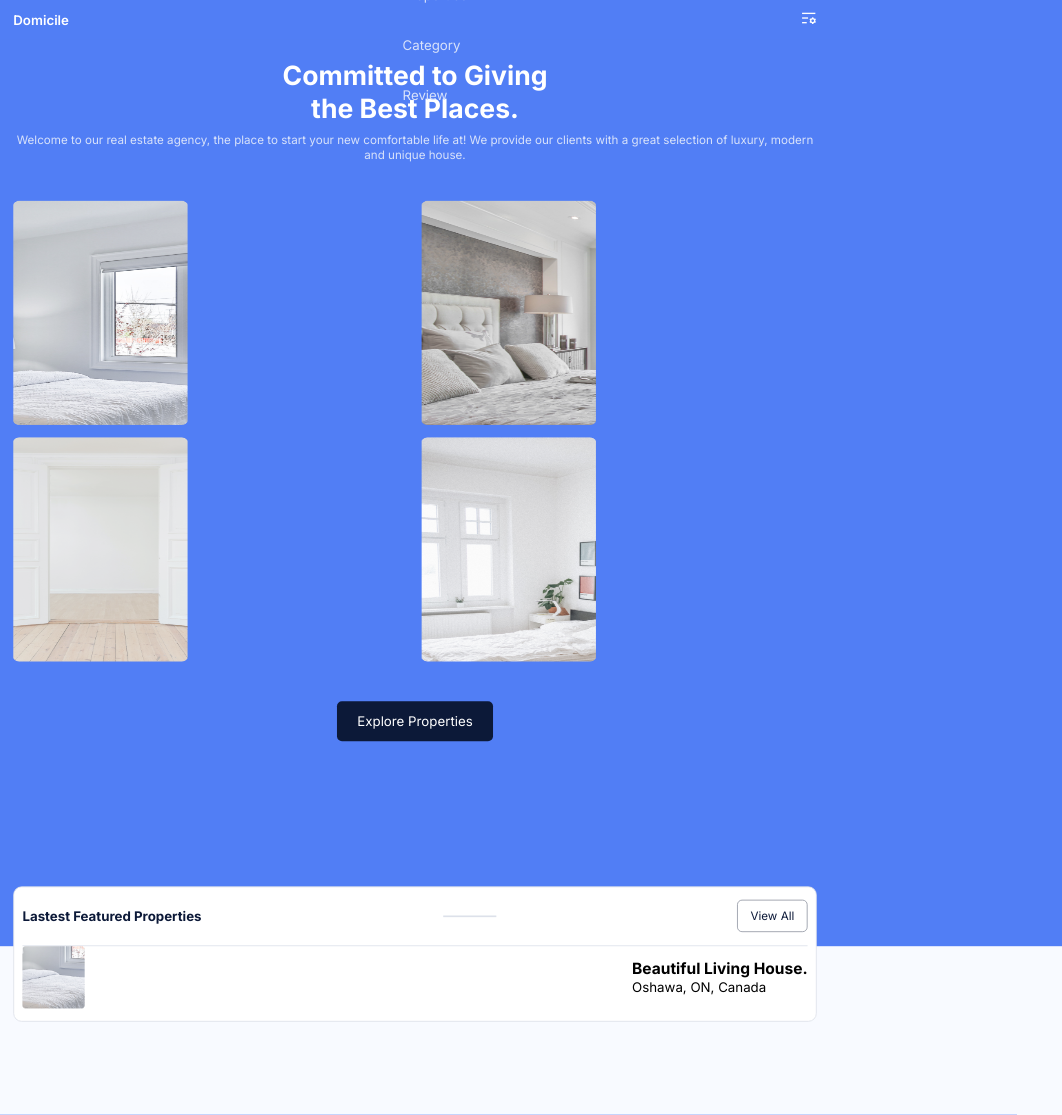
Repository: haokiet2501/domicile-real-estate
Page: index.html
The author's editor kept a copy of each file at every save. The page is drawn from the files as they stood at one save, then again after the next save.
The browser window is 1280 px wide. The pictures show the whole page, at 83% of full size.
The style sheet was rebuilt from its Sass, Less or Tailwind sources for each picture, by a compiler version that may differ from the author's.

Above is the page before, as saved 2022-06-11 16:07:59.

### index.html
<!DOCTYPE html>
<html lang="en">
<head>
    <meta charset="UTF-8">
    <meta http-equiv="X-UA-Compatible" content="IE=edge">
    <meta name="viewport" content="width=device-width, initial-scale=1.0">
    <link href="https://cdn.jsdelivr.net/npm/remixicon@2.5.0/fonts/remixicon.css" rel="stylesheet">
    <link rel="stylesheet" href="sass/css/styles.css">
    <title>Real Estate Website - Domicile</title>
</head>
<body>
    <header class="header" id="header">
        <nav class="nav container">
            <a href="#" class="nav__logo">Domicile</a>

            <div class="nav__menu" id="nav-menu">
                <ul class="nav__list">
                    <li class="nav__item">
                        <a href="#" class="nav__link active-link">Home</a>
                    </li>
                    <li class="nav__item">
                        <a href="#" class="nav__link">Properties</a>
                    </li>
                    <li class="nav__item">
                        <a href="#" class="nav__link">Category</a>
                    </li>
                    <li class="nav__item">
                        <a href="#" class="nav__link">Review</a>
                    </li>
                </ul>

                <i class="ri-close-line nav__close" id="nav-close"></i>
            </div>

            <div class="nav__toggle" id="nav-toggle">
                <i class="ri-list-settings-line"></i>
            </div>
        </nav>
    </header>

    <main class="main">
        <section class="home section" id="home">
            <div class="home__container container grid">
                <div class="home__data">
                    <h1 class="home__data-subtitle">
                        Committed to Giving<br>the Best Places.
                    </h1>
                    <p class="home__data-title">
                        Welcome to our real estate agency, the place to start your new comfortable life at! We provide our clients with a great selection of luxury, modern and unique house.
                    </p>
                </div>

                <div class="home__images">
                    <img src="imgs/hero-one.png" alt="">
                    <img src="imgs/hero-two.png" alt="">
                    <img src="imgs/hero-three.png" alt="">
                    <img src="imgs/hero-four.png" alt="">
                </div>

                <div class="home__button">
                    <a href="#" class="button">Explore Properties</a>
                </div>
            </div>
        </section>

        <section class="futured" id="futured">
            <div class="futured__container container">
                <div class="futured__properties">
                    <div class="futured__properties-content">
                        Lastest Featured Properties
                    </div>
                    <div class="futured__properties-line"></div>
                    <div class="futured__properties-button">View All</div>
                </div>

                <div class="futured__card">
                    <img class="futured__card-img" src="imgs/future.png" alt="">
                    <div class="futured__card-layouts">
                        <div class="futured__card-text">
                            <h3>Beautiful Living House.</h3>
                            <p>Oshawa, ON, Canada</p>
                        </div>
                        <div class="futured__card-price">

                        </div>
                    </div>
                </div>
            </div>
        </section>
    </main>
    <script src="app.js"></script>
</body>
</html>

### app.js
// Show Menu
const navMenu = document.getElementById('nav-menu'),
    navToggle = document.getElementById('nav-toggle'),
    navClose = document.getElementById('nav-close');

if (navToggle) {
    navToggle.addEventListener('click', () => {
        navMenu.classList.add('show-menu');
    });
}

if(navClose) {
    navClose.addEventListener('click', () => {
        navMenu.classList.remove('show-menu');
    })
}

### sass/styles.scss
@import './base/base';
@import './main/main';

### sass/base/_base.scss
@import url('https://fonts.googleapis.com/css2?family=Inter:wght@400;500;600;700;800;900&display=swap');

* {
    margin: 0;
    padding: 0;
    box-sizing: border-box;
}

html {
    scroll-behavior: smooth;
}

body {
    font-family: 'Inter', sans-serif;
    font-style: normal;
    background: var(--color-main);
}

ul {
    list-style: none;
}

a {
    text-decoration: none;
}

img {
    max-width: 100%;
    height: auto;
}

button, input {
    border: none;
    outline: none;
}

:root {
    --header-height: 3rem;

    --color-main: #F8FAFF;
    --color-bg-header: #517EF5;
    --white-color: #FFFFFF;
    --color-nav: #D8E2FA;
    --color-footer: #0E1935;
    --color-btn: #0C1938;

    --biggest-font-size: 2.5rem;
    --medium-font-size: 2rem;
    --h1-font-size: 1.5rem;
    --h2-font-size: 1.25rem;
    --h3-font-size: 1rem;
    --normal-font-size: 0.938rem;
    --small-font-size: 0.813rem;
    --smaller-font-size: 0.75rem;

    --font-smaller: 400;
    --font-medium: 500;
    --font-semi-bold: 600;
    --font-semi-big: 700;

     /* Margin Bottom */
    --mb-0-25: 0.25rem;
    --mb-0-5: 0.5rem;
    --mb-0-75: 0.75rem;
    --mb-1: 1rem;
    --mb-1-25: 1.25rem;
    --mb-1-5: 1.5rem;
    --mb-2: 2rem;
    --mb-2-5: 2.5rem;

    --scale-hover: scale(.98);
}

@media screen and (min-width: 968px) {
    :root {
        --biggest-font-size: 4rem;
        --h1-font-size: 2.25rem;
        --h2-font-size: 1.75rem;
        --h3-font-size: 1.25rem;
        --normal-font-size: 1rem;
        --small-font-size: 0.875rem;
        --smaller-font-size: 0.813rem;
    }
}

### sass/main/_main.scss
.header {
    width: 100%;
    position: fixed;
    top: 0;
    left: 0;
    z-index: 100;
    background-color: var(--color-bg-header);
}

.main {
    overflow-x: hidden;
}

.container {
    max-width: 968px;
    margin-left: var(--mb-1);
    margin-right: var(--mb-1);
}

.grid {
    display: grid;
    gap: 1.5rem;
}

.section {
    padding: 4.5rem 0 2.5rem;
}

// NAV
.nav {
    display: flex;
    justify-content: space-between;
    align-items: center;
    height: var(--header-height);

    &__logo,
    &__toggle{
        color: var(--white-color);
    }

    &__logo {
        font-weight: var(--font-semi-bold);
    }

    &__toggle{
        font-size: 1.2rem;
        cursor: pointer;
    }

    &__menu {
        position: relative;

        @media screen and (max-width: 767px){
            position: fixed;
            background-color: var(--color-footer);
            top: 0;
            right: -100%;
            width: 70%;
            height: 100%;
            box-shadow: -1px 0 4px rgba(0, 0, 0, .15);
            padding: 3rem;
            transition: .4s;
        }
    }

    &__list {
        display: flex;
        flex-direction: column;
        row-gap: 2.5rem;
    }

    &__link {
        font-weight: var(--font-smaller);
        color: var(--color-nav);

        &:hover {
            color: var(--white-color);
            transform: var(--scale-hover);
        }
    }

    &__close {
        position: absolute;
        top: .75rem;
        right: 1rem;
        font-size: 1.5rem;
        color: var(--white-color);
        cursor: pointer;
    }
}

// Show menu
.show-menu {
    right: 0;
}

.home {
    background-color: var(--color-bg-header);
    height: calc(165vh - var(--header-height));
    &__container {
        row-gap: 3rem;
    }

    &__data {
        text-align: center;

        &-subtitle {
            color: var(--white-color);
            font-size: var(--medium-font-size);
            font-weight: var(--font-semi-big);
            margin-bottom: 10px;
        }
        &-title {
            color: var(--color-nav);
            font-weight: var(--font-smaller);
            font-size: var(--small-font-size);
        }
    }

    &__images {
        display: grid;
        gap: 15px;
        grid-template-columns: repeat(2, 1fr);

        img {
            width: 210px;
            height: 270px;
            transition: .3s ease-out;

            &:hover {
                transform: var(--scale-hover);
                transition: .3s ease-out;
            }
        }
    }

    &__button {
        display: flex;
        justify-content: center;
        align-items: center;

        .button {
            padding: 14px 24px;
            background-color: var(--color-btn);
            color: var(--white-color);
            border-radius: 6px;
            font-size: var(--normal-font-size);
            transition: .3s ease-out;

            &:hover {
                transform: var(--scale-hover);
                transition: .3s ease-out;
            }
        }
    }
}

.futured {
    position: relative;
    transform: translateY(-4.5rem);
    padding-bottom: 2.5rem;

    &__container {
        background-color: var(--white-color);
        border: 1px solid #DDE1EA;
        border-radius: 10px;
        padding: 15px 10px;
    }

    &__properties {
        display: flex;
        justify-content: space-between;
        align-items: center;
        border-bottom: 1px solid #DDE1EA;
        padding-bottom: 1rem;

        &-content {
            font-weight: var(--font-semi-big);
            color: var(--color-btn);

        }

        &-line {
            width: calc(var(--header-height) + 1rem);
            height: 1px;
            border: 1px solid #DDE1EA;
        }

        &-button {
            border: 1px solid #9398A4;
            padding: 10px 15px;
            border-radius: 6px;
            color: var(--color-btn);
            font-weight: var(--font-smaller);
            font-size: var(--small-font-size);
            transition: .3s ease-out;

            &:hover {
                transform: var(--scale-hover);
                transition: .3s ease-out;
            }
        }
    }

    &__card {
        display: flex;
        justify-content: space-between;
        align-items: center;

        &-img {
            width: 75px;
            height: 75px;
        }
    }
}

After the next save:
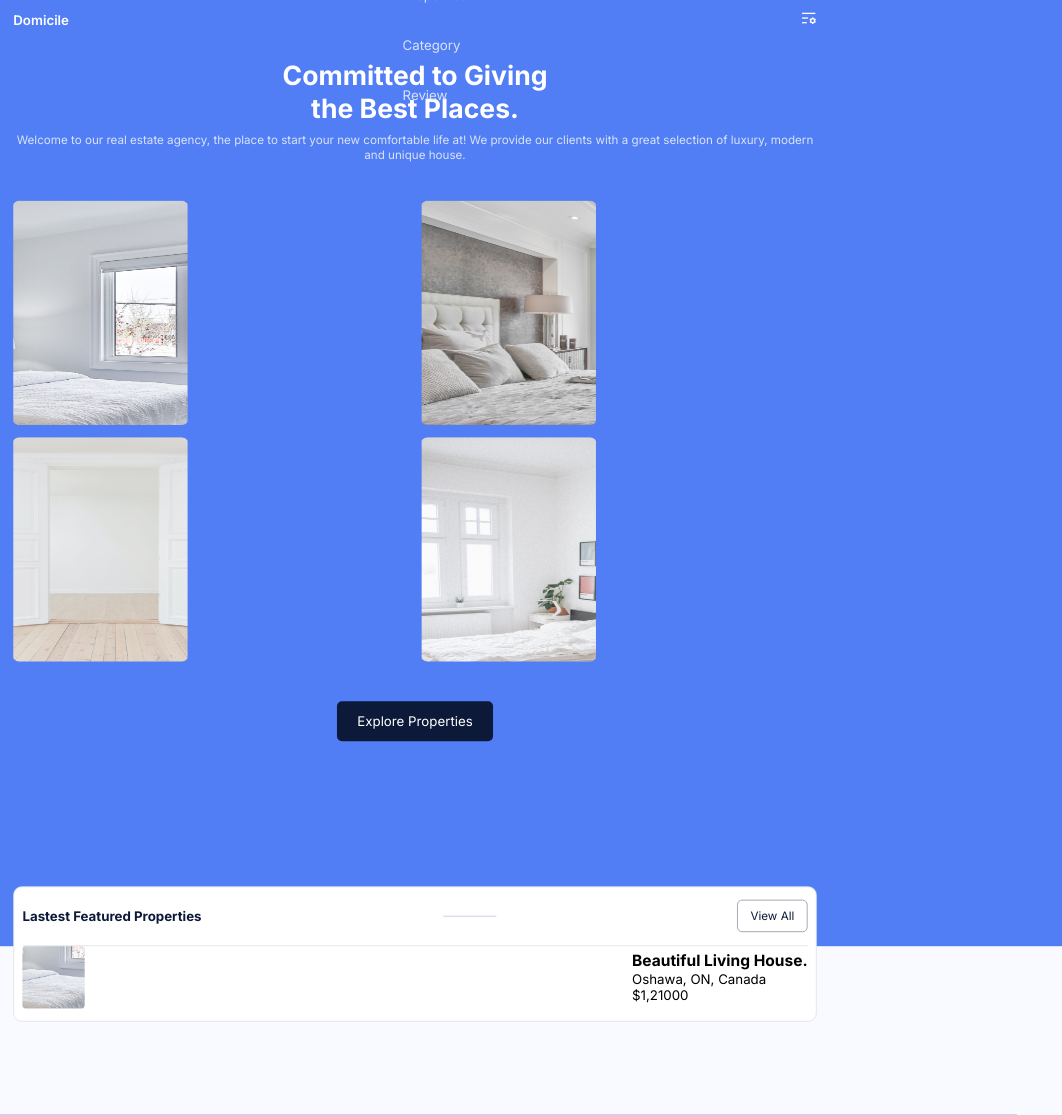
Saved 12 s later.
--- a/index.html
+++ b/index.html
@@ -81,7 +81,7 @@
                             <p>Oshawa, ON, Canada</p>
                         </div>
                         <div class="futured__card-price">
-
+                            $1,21000
                         </div>
                     </div>
                 </div>
